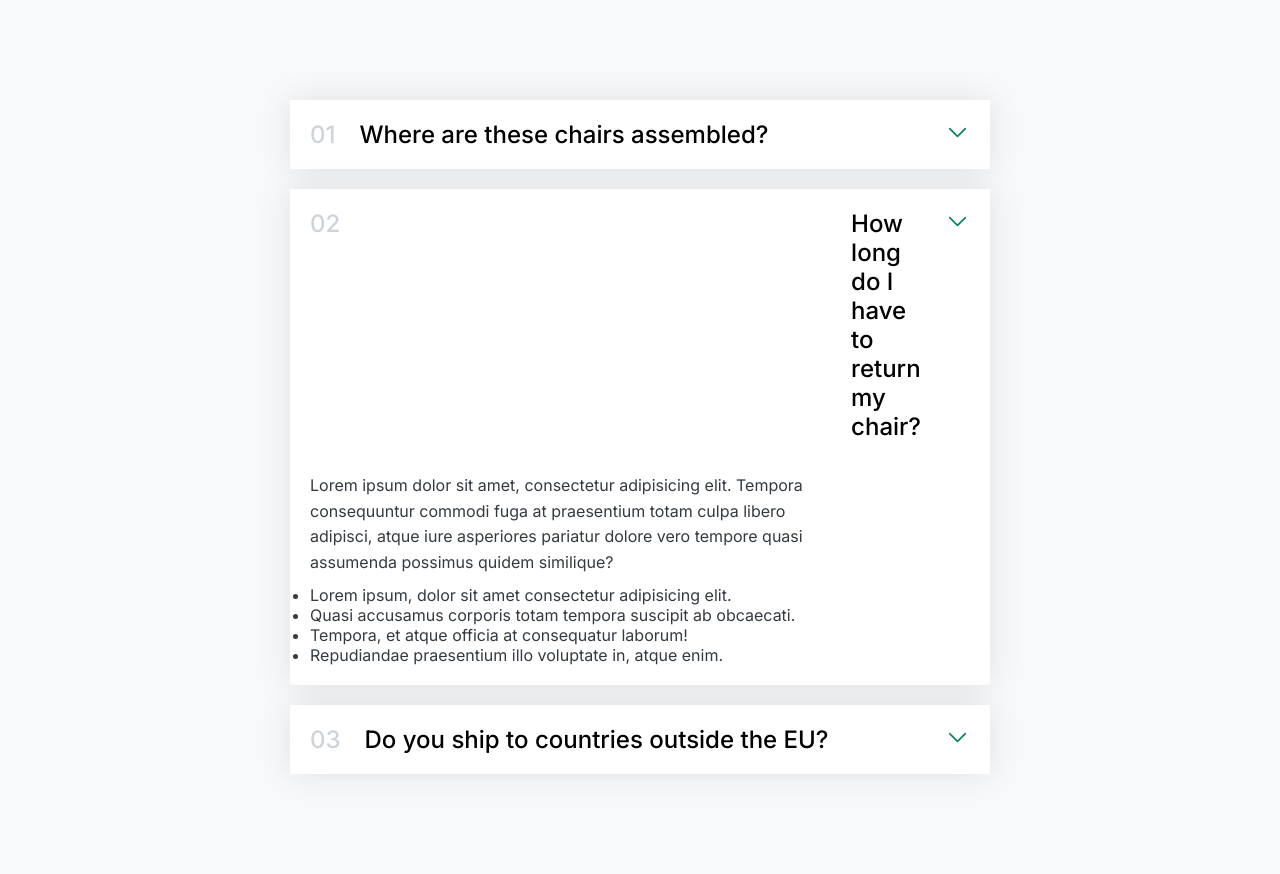
Repository: Ahmed123rezk123/06-Components
Page: accordion.html
The author's editor kept a copy of each file at every save. The page is drawn from the files as they stood at one save, then again after the next save.
The browser window is 1280 px wide. The pictures show the whole page.

Above is the page before, as saved 2024-09-16 03:01:32.

After the next save:
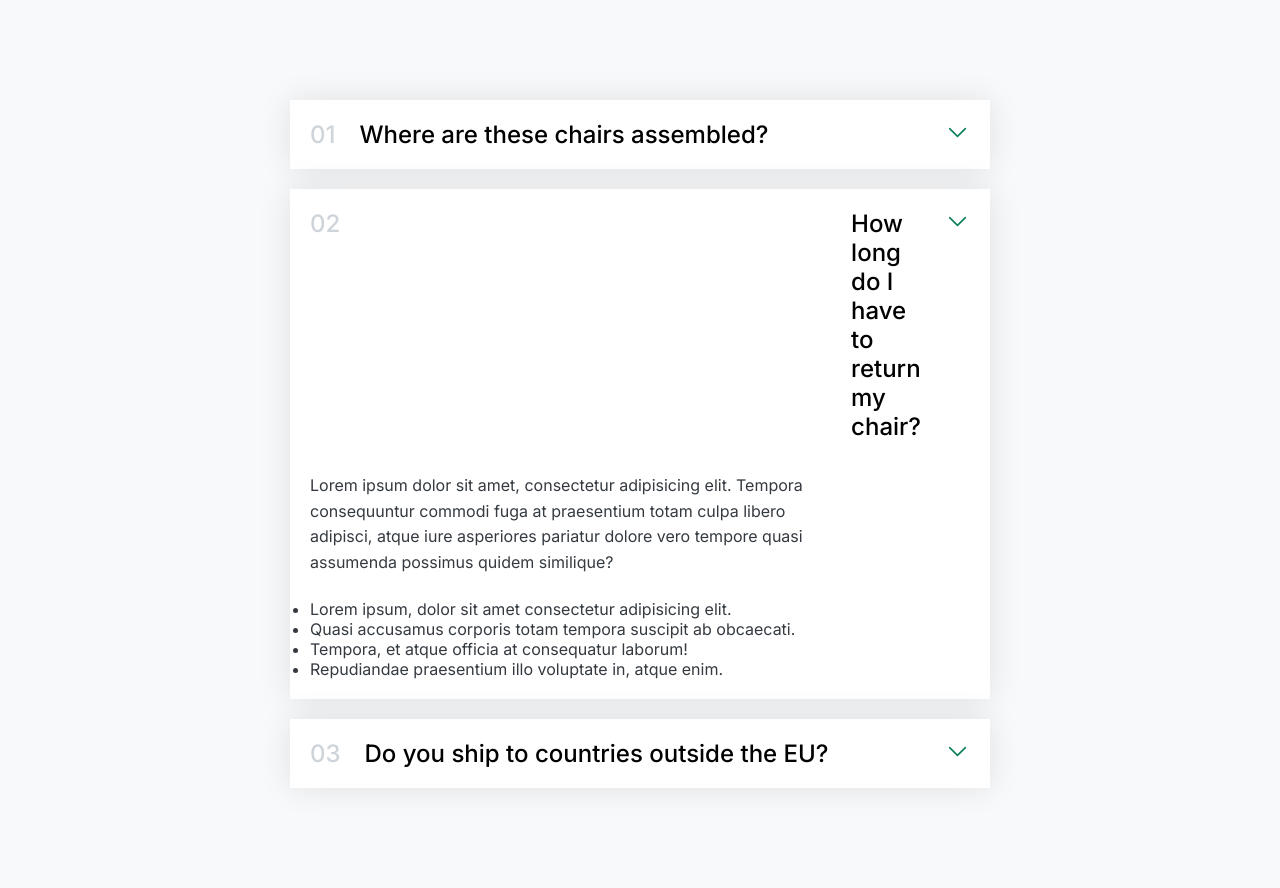
Saved 16 s later.
--- a/accordion.css
+++ b/accordion.css
@@ -41,5 +41,5 @@ body {
 }
 .hidden-box p {
   line-height: 1.6;
-  margin-bottom: 10px;
+  margin-bottom: 24px;
 }
